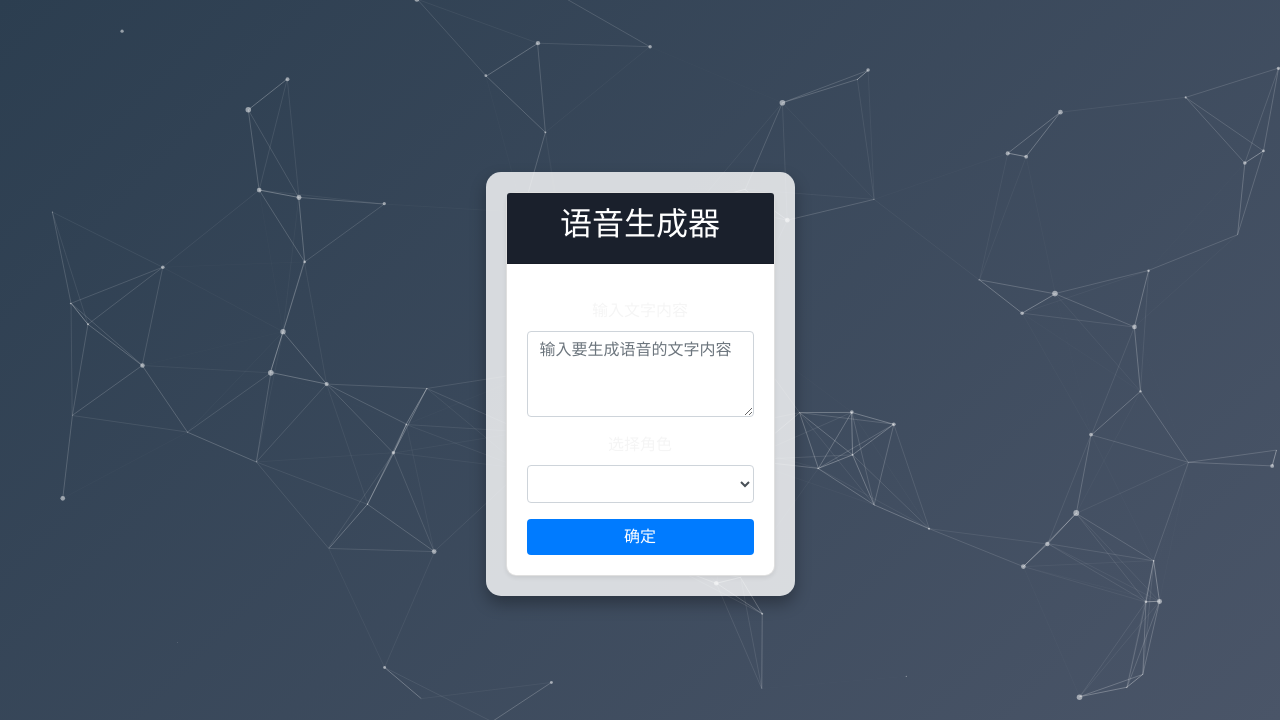
Repository: escapistmost/VOICE
Page: /
An editor plug-in stored every save of this project. The page is shown before and after the next save, followed by the edit.
The browser window is 1280 px wide. The pictures show the whole page.
The project was rebuilt for these pictures with package versions that can differ from the ones it lists, and the page was loaded fresh each time. Also part of the build but not shown: vue.config.js.

Above is the page before, as saved 2024-06-01 18:51:04.

After the next save:
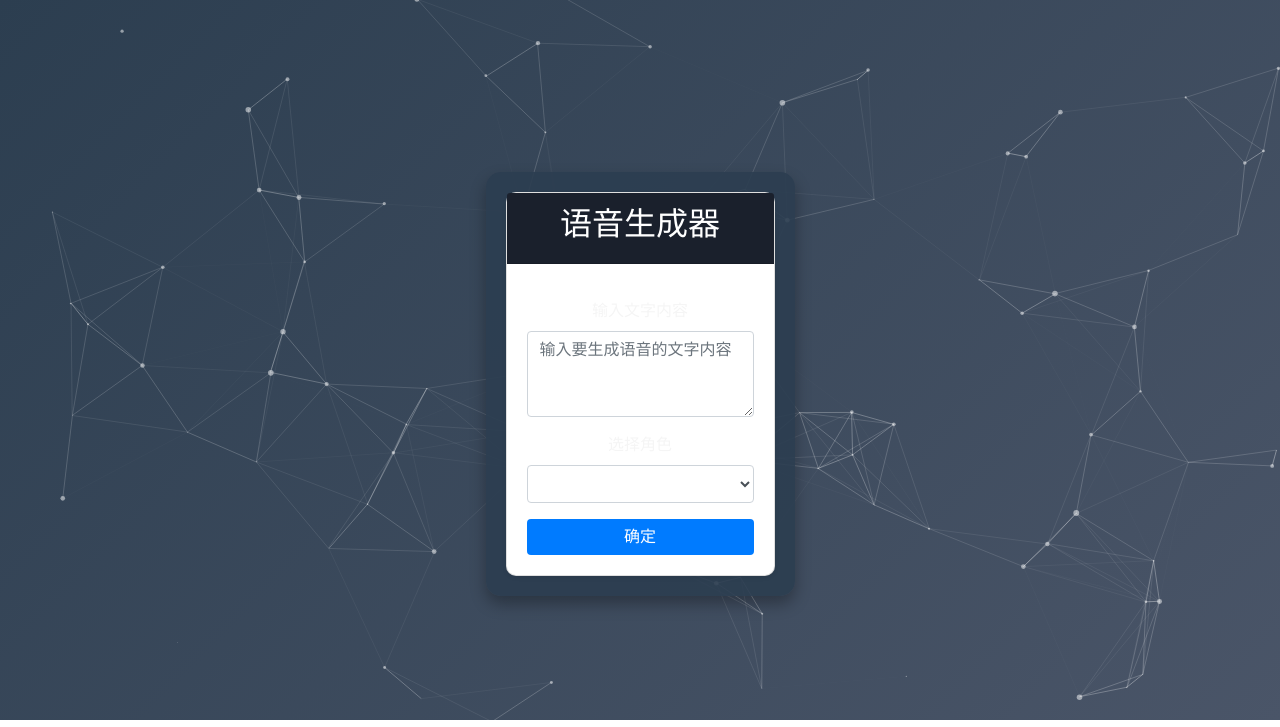
Saved 3 min 20 s later.
--- a/public/style.css
+++ b/public/style.css
@@ -1,6 +1,7 @@
 body {
     margin: 0;
     overflow: hidden;
+    font-family: 'Arial', sans-serif;
   }
 
   #particles-js {
@@ -13,16 +14,17 @@ body {
   }
 
   .container {
-    background: rgba(255, 255, 255, 0.8);
+    background: rgba(44, 62, 80, 0.9); /* 使背景更加融入整体 */
     border-radius: 15px;
     box-shadow: 0 8px 16px rgba(0, 0, 0, 0.3);
     padding: 20px;
     width: 100%;
     max-width: 600px;
+    color: #f5f5f5; /* 统一文字颜色 */
   }
 
   .card-header {
-    background-color: #007bff;
+    background-color: rgba(0, 123, 255, 0.8); /* 调整透明度 */
     color: white;
     border-radius: 15px 15px 0 0;
   }
